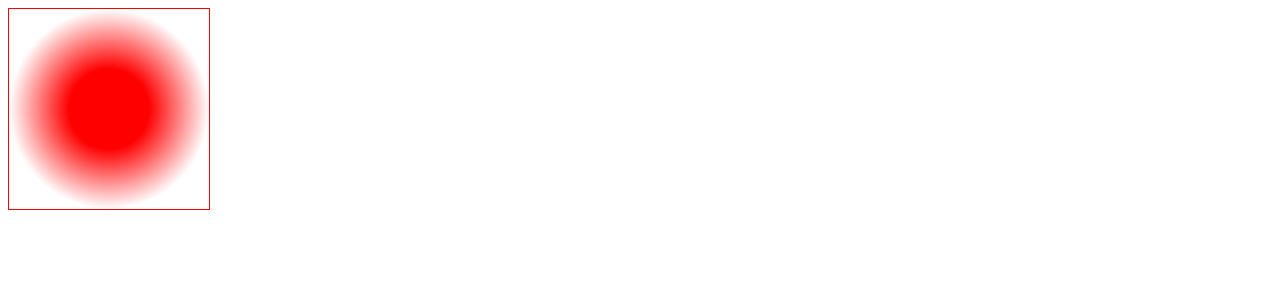
Repository: Tan-Khang21/TH_TKW--Buoi_05
Page: Bai_Tap_Tren_Lop/Bai_01/Canvas8.html
The author's editor kept a copy of each file at every save. The page is drawn from the files as they stood at one save, then again after the next save.
The browser window is 1280 px wide. The pictures show the whole page.

Above is the page before, as saved 2024-03-10 20:42:14.

After the next save:
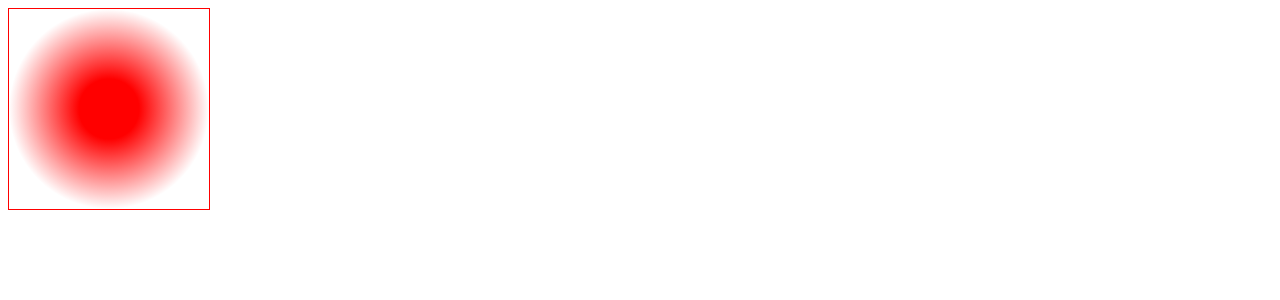
Saved 12 s later.
--- a/Bai_Tap_Tren_Lop/Bai_01/Canvas8.html
+++ b/Bai_Tap_Tren_Lop/Bai_01/Canvas8.html
@@ -15,7 +15,7 @@
     <script>
       var c = document.getElementById("mycanvas");
       var ctx = c.getContext("2d");
-      var grd = ctx.createRadialGradient(100, 100, 40, 100, 100, 100);
+      var grd = ctx.createRadialGradient(100, 100, 30, 100, 100, 100);
       grd.addColorStop(0, "red");
       grd.addColorStop(1, "white");
       ctx.beginPath();
